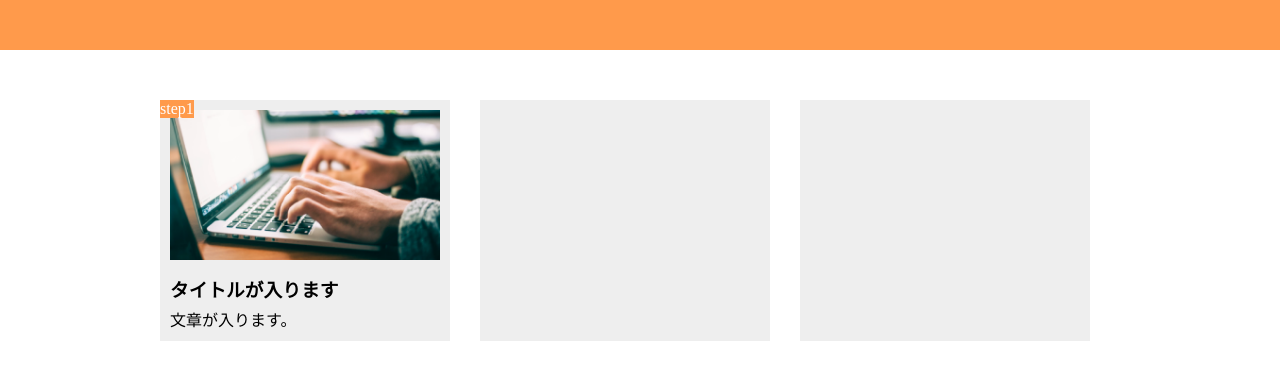
Repository: kawashimq/git-practice
Page: practice/html-9.html
The author's editor kept a record of every edit. The page is drawn from the files as they stood at one moment, then again after the next edit.
The browser window is 1280 px wide. The pictures show the whole page.

Above is the page before.

### practice/html-9.html
<!DOCTYPE html>
<html lang="ja">
  <head>
    <meta charset="UTF-8" />

    <link rel="stylesheet" href="html-9.css" />
    <title>演習9</title>
  </head>

  <body>
    <header></header>

    <main>
     <div class="box-img">
       <div class="img1"></div>
       <span>step1</span>
       <h3 class="title">タイトルが入ります</h3>
       <p class="text">文章が入ります。</p>
     </div>
     <div class="box-img"></div>
     <div class="box-img"></div>
    </main>

  </body>
</html>

### practice/html-9.css
* {
  box-sizing: border-box;
  margin: 0;
  padding: 0;
}

header {
 height: 50px;
 background-color: #FF9A4B;

}

main {
  width: 960px;
  margin: 50px auto;
  display: flex;
}

span {
  background-color: #FF9A4B;
  color: white;
  position: absolute;
  top: 0;
  left: 0;
}

.box-img,.box-img2 {
  width: 300px;
  padding: 10px;
  margin-right: 30px;
  position: relative;
  background-color: #EEEEEE;
}

.box-img3 {
  width: 300px;
  padding: 10px;
  position: relative;
  background-color: #EEEEEE;
}


.img1 {
  height: 150px;
  background-image: url(img/flow01.png);
  background-size: cover;
  background-position: bottom;
}

.img2 {
  height: 150px;
  background-image: url(img/flow02.png);
  background-size: cover;
  background-position: bottom;
}

.img3 {
  height: 150px;
  background-image: url(img/flow03.png);
  background-size: cover;
  background-position: bottom;
}

.title {
  margin-top: 15px;
  margin-bottom: 5px;
}
footer {
  height: 50px;
  background-color: #AAAAAA;
}

@media screen and (max-width:768px) {
  main {
    width: 100%;
    display: flex;
    flex-direction: column;
    align-items: center;
  }
  .header{
    height: 50px;
  }
  .box-img {
    width: 90%;
    margin: 0 0 20px 0;
  }
  .box-img2 {
    width: 90%;
    margin-bottom: 20px;
    margin-right: 0;
  }
  .box-img3 {
    width: 90%;
  }
  footer {
    height: 50px;
  }
}

After the next edit:
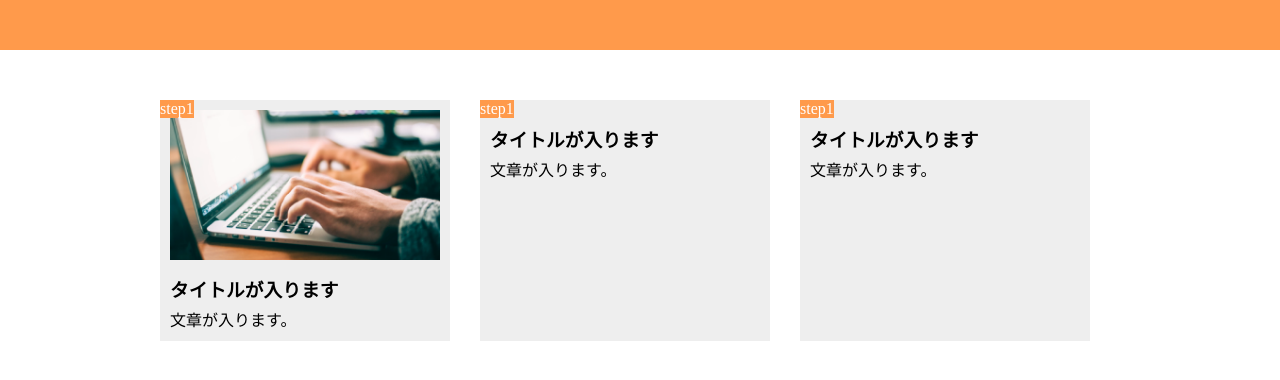
The edit:
--- a/practice/html-9.html
+++ b/practice/html-9.html
@@ -17,8 +17,16 @@
        <h3 class="title">タイトルが入ります</h3>
        <p class="text">文章が入ります。</p>
      </div>
-     <div class="box-img"></div>
-     <div class="box-img"></div>
+     <div class="box-img">
+       <span>step1</span>
+       <h3 class="title">タイトルが入ります</h3>
+       <p class="text">文章が入ります。</p>
+     </div>
+     <div class="box-img">
+       <span>step1</span>
+       <h3 class="title">タイトルが入ります</h3>
+       <p class="text">文章が入ります。</p>
+     </div>
     </main>
 
   </body>
